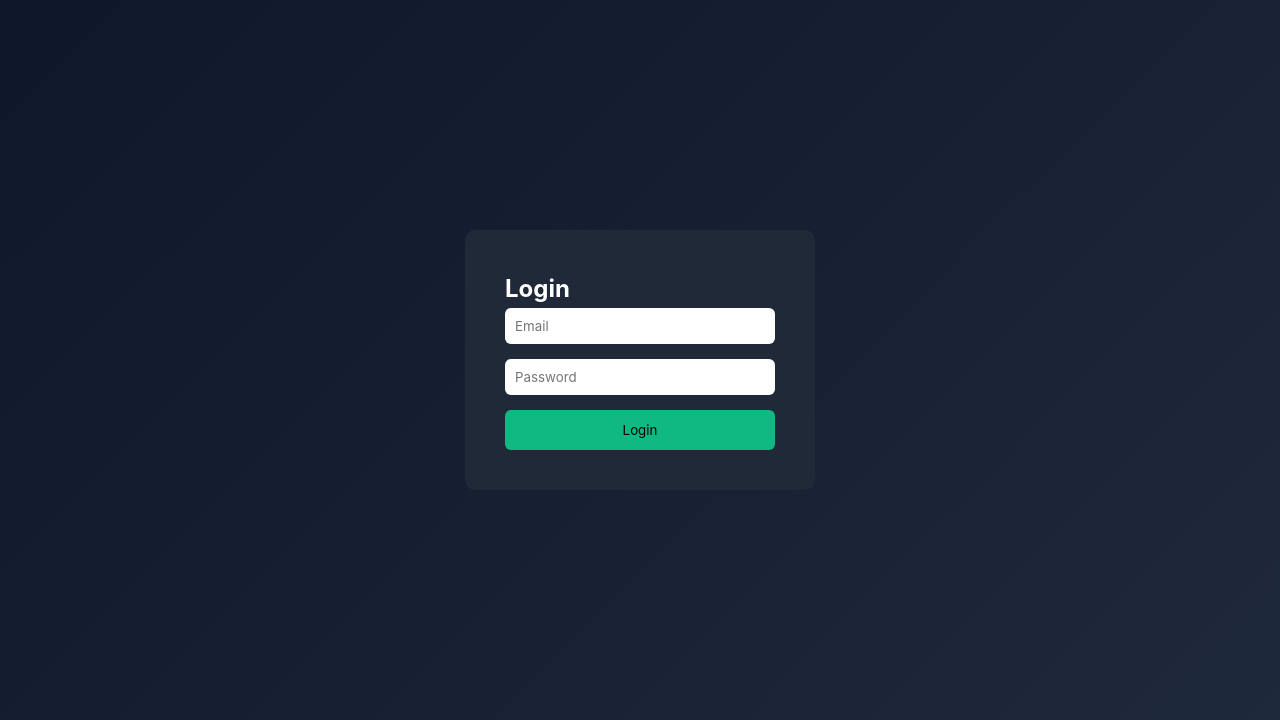
Repository: Nikhilesh-Attal/smart-notes-ai
Page: /login (app in frontend/)
These files come from the project's save history. The page is drawn as it stood at one moment and after a run of saves; the edit follows.
The browser window is 1280 px wide. The pictures show the whole page.
The project was rebuilt for these pictures with package versions that can differ from the ones it lists, and the page was loaded fresh each time. Also part of the build but not shown: frontend/vite.config.ts, frontend/src/pages/Home.tsx, frontend/src/pages/chat.css, frontend/src/pages/chat.tsx, frontend/src/pages/Signup.tsx, frontend/src/pages/About.tsx, frontend/src/pages/ContactUs.tsx.

Above is the page before, as saved 2026-02-24 20:01:23.

After the next 3 saves:
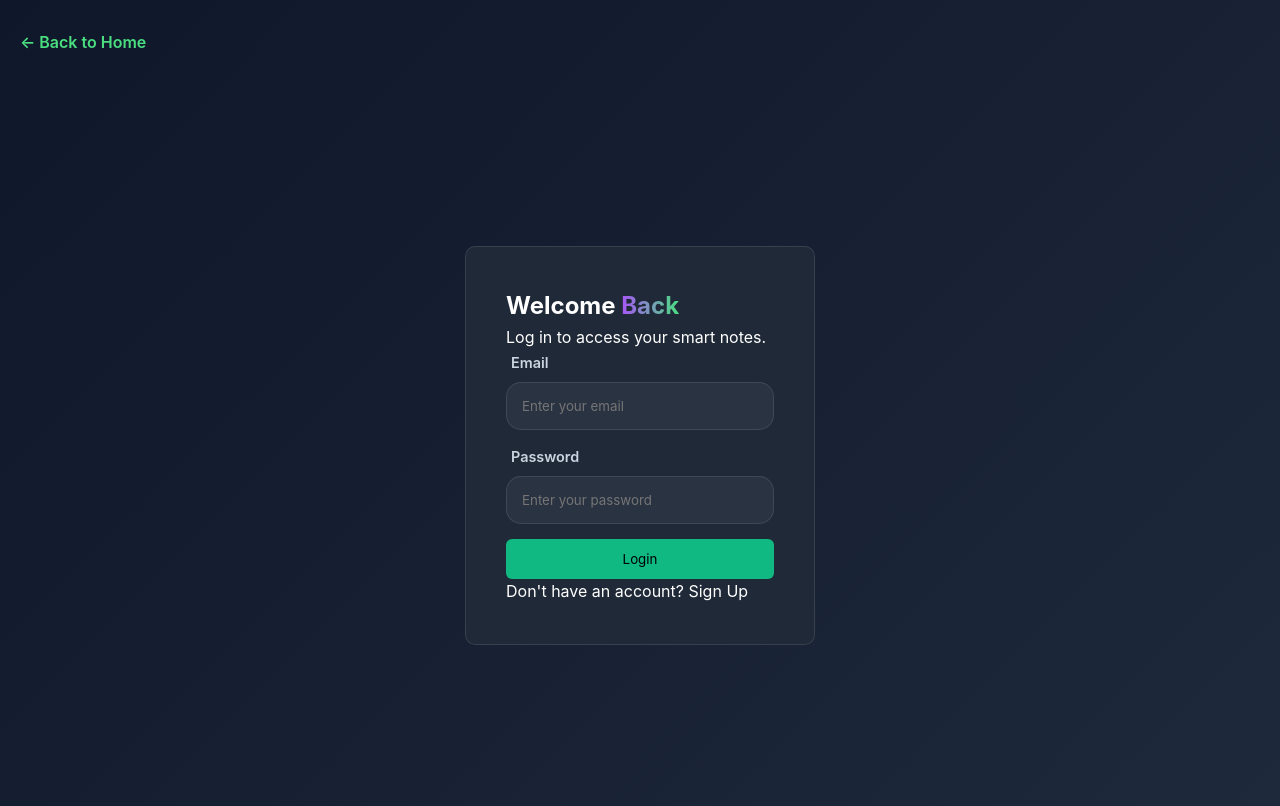
The 3 saves are shown as one change because 1 did not build or start and some came seconds apart.
The last was saved 3 min 57 s later.
--- a/frontend/src/pages/Login.tsx
+++ b/frontend/src/pages/Login.tsx
@@ -1,13 +1,41 @@
+import { useNavigate } from "react-router-dom";
 import "../pages/auth.css";
 
 const Login = () => {
+  const navigate = useNavigate();
+
   return (
-    <div className="auth-container">
-      <div className="auth-box">
-        <h2>Login</h2>
-        <input type="email" placeholder="Email" />
-        <input type="password" placeholder="Password" />
-        <button>Login</button>
+    <div className="auth-page-wrapper">
+      {/* Navigation Back */}
+      <nav className="about-nav">
+        <button className="back-link" onClick={() => navigate('/')}>
+          ← Back to Home
+        </button>
+      </nav>
+
+      <div className="auth-container">
+        <div className="auth-box glass">
+          <h2>Welcome <span className="gradient-highlight">Back</span></h2>
+          <p className="auth-subtitle">Log in to access your smart notes.</p>
+
+          <div className="auth-form">
+            <div className="input-group">
+              <label>Email</label>
+              <input type="email" placeholder="Enter your email" />
+            </div>
+
+            <div className="input-group">
+              <label>Password</label>
+              <input type="password" placeholder="Enter your password" />
+            </div>
+
+            <button className="auth-submit-btn">Login</button>
+          </div>
+
+          <p className="auth-footer">
+            Don't have an account? <span onClick={() => navigate('/signup')}>Sign Up</span>
+          </p>
+        </div>
       </div>
     </div>
   );
